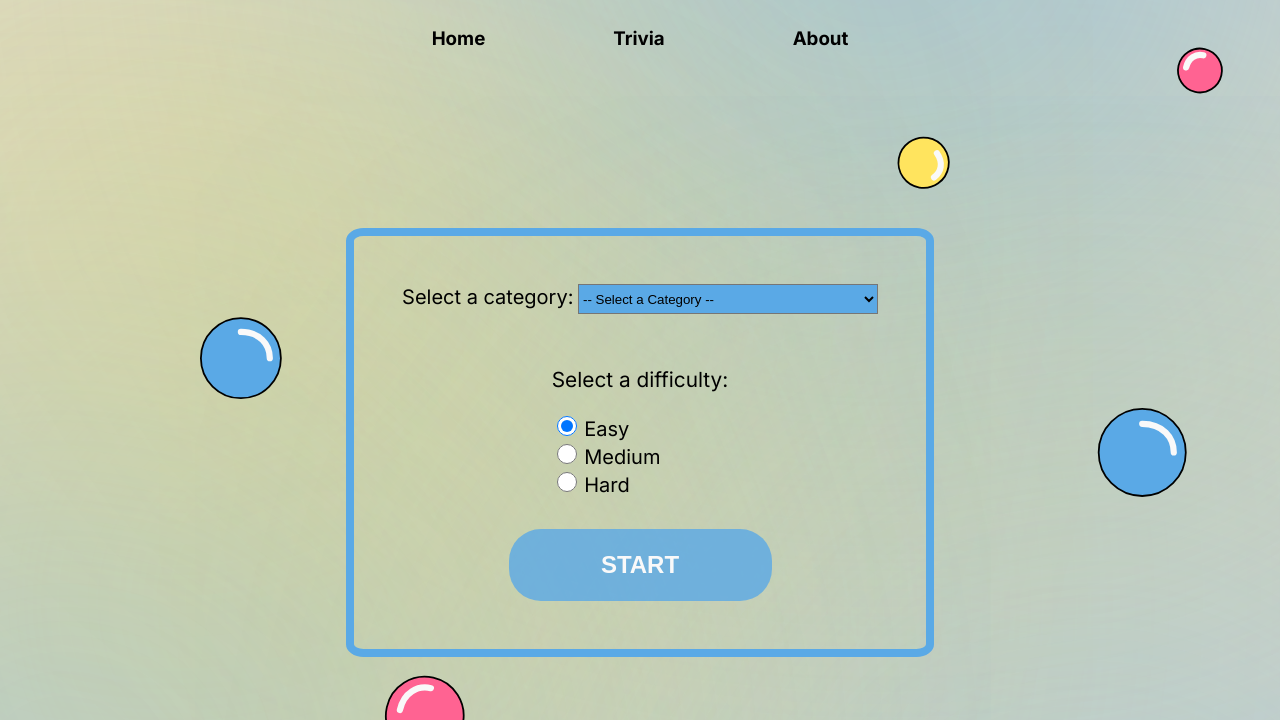
Repository: sierralaurent/SmartiePants
Page: trivia.html
The author's editor kept a copy of each file at every save. The page is drawn from the files as they stood at one save, then again after the next save.
The browser window is 1280 px wide. The pictures show the whole page.
The page's requests for data from a server got no answer.

Above is the page before, as saved 2023-05-21 21:07:24.

After the next save:
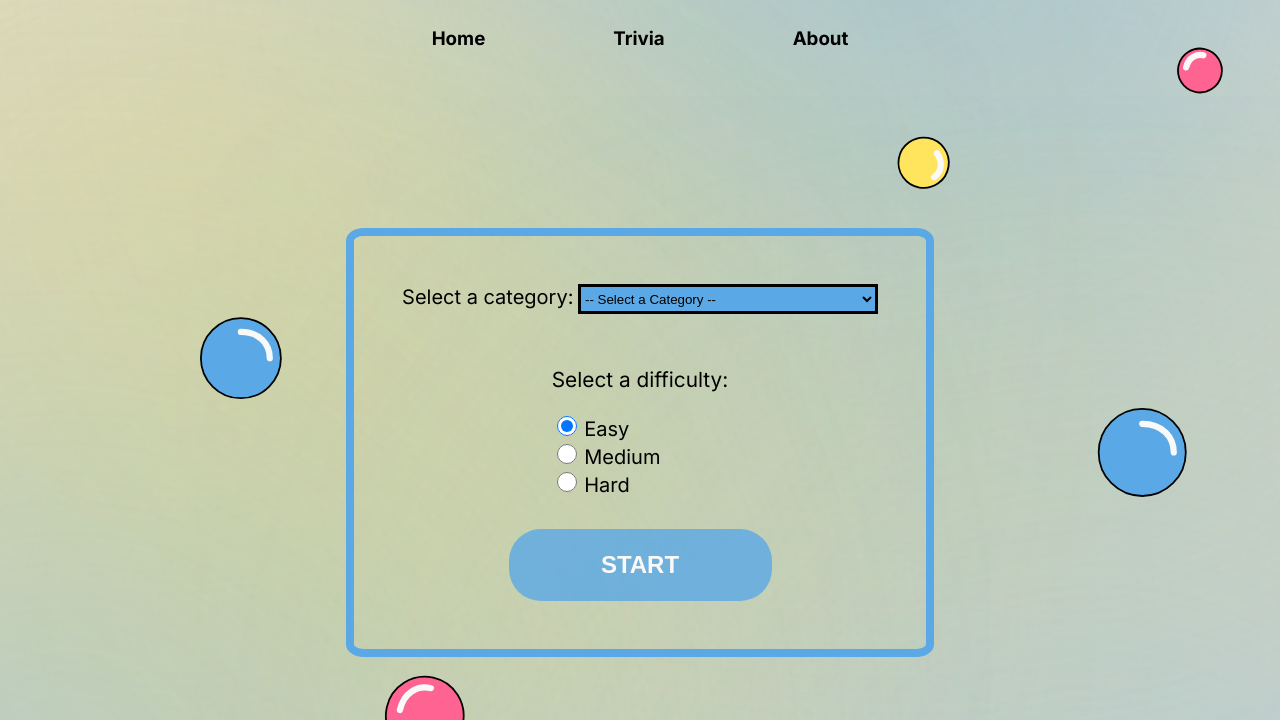
Saved 24 s later.
--- a/trivia.css
+++ b/trivia.css
@@ -234,7 +234,7 @@ gap: 2rem;
     background-color:rgba(90, 169, 230, 1);
     width: 300px;
     height: 30px;
-
+    border: .2rem solid;
 }
 
 .start-button{
